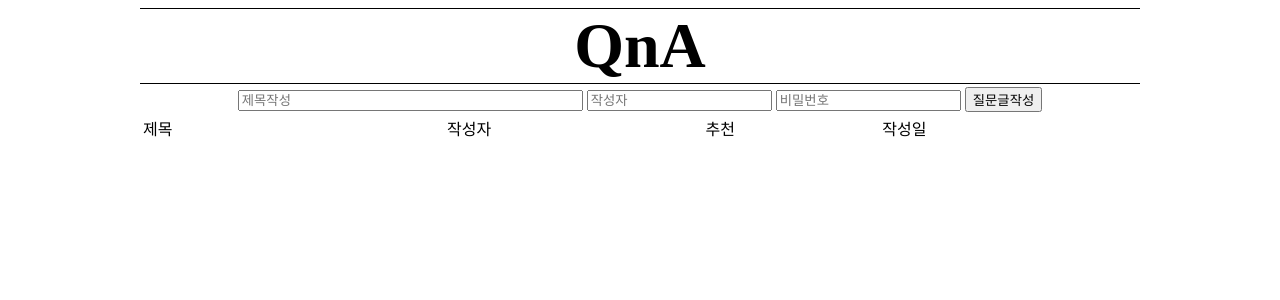
Repository: shbaksa/study
Page: http://localhost/mw_0621/qna_m/main.jsp
An editor plug-in stored every save of this project. The page is shown before and after a run of saves, followed by the edit.
The browser window is 1280 px wide. The pictures show the whole page.
After loading, the first visible `caption` was clicked once.
The page is served by Tomcat 9. Queries for data that is not in the repository find no rows.

Above is the page before, as saved 2022-06-21 00:02:03.

### mw_0621/src/main/webapp/qna_m/main.jsp
<%@ page language="java" contentType="text/html; charset=UTF-8"
    pageEncoding="UTF-8"%>
<!DOCTYPE html>
<%@ page import="java.sql.*" %>
<%

	Class.forName("com.mysql.jdbc.Driver");
	String db="jdbc:mysql://localhost:3306/first";
	Connection conn=DriverManager.getConnection(db,"root","1234");

	String sql ="select * from qna order by grp asc , seq asc";
	PreparedStatement pstmt = conn.prepareStatement(sql);
	ResultSet rs = pstmt.executeQuery();
%>
<html>
<head>
<meta charset="UTF-8">
<title>QnA</title>
<style>
	caption {
		border-top : 1px solid black;
		border-bottom : 1px solid black;
		font-size : 64px;
	}
	tr:frist-child > td {
		border-bottom : 1px solid black;
	}
	/* tr:last-child > td {
		border-bottom : 1px solid black;
		border-top : 1px solid black;
	} */
	#deldel{
		visibility : hidden;


</style>
<script>
	function view() {
		document.getElementById("deldel").style.visibility="visible";
	}



	function view1(n){

		var pepsi = document.getElementById("del"+n).style.visibility;

		if(pepsi == "hidden") {
			document.getElementById("del"+n).style.visibility="visible";
		}
		else if(pepsi == "visible") {
			document.getElementById("del"+n).style.visibility="hidden";
		}


	}
</script>

</head>
<body>





	<table width="1000" align="center">
	<caption  onclick="view()"><b>QnA</b></caption>
	<tr id="deldel" >
	<form name="pkc" method="post" action="write.jsp">
	<td colspan="8" align="center">
	<input type="text" name="title" size="40" placeholder="제목작성">
	<input type="text" name="name" placeholder="작성자">
	<input type="password" name="pwd" placeholder="비밀번호">
	<input type="submit" value="질문글작성"></td>
	</form>
	</tr>
	<tr>
	<td width="300" colsapn="2">제목</td>
	<td>작성자</td>
	<td>추천</td>
	<td>작성일</td>
	</tr>
	<%while(rs.next()) {
	String str="";
	if(rs.getInt("depth")!=1){
		for(int i=1;i<rs.getInt("depth");i++){
			str=str+"&nbsp;&nbsp;";
		}
		str=str+"ㄴ";
	}
	%>
	<tr>
	<td><%=str%><%=rs.getString("title") %></td>
	<td><%=rs.getString("name") %></td>
	<td><%=rs.getString("readnum") %></td>
	<td><%=rs.getString("writeday") %></td>

	<td><input type="button" onclick="view1(<%=rs.getInt("id")%>)" value="댓글달기"></td>
	</tr>
	<tr style="visibility:hidden" id="del<%=rs.getInt("id")%>">
	<form method="post" action="rewrite.jsp">
	<input type="hidden" name="grp" value="<%=rs.getInt("grp")%>">
	<input type="hidden" name="depth" value="<%=rs.getInt("depth")%>">
	<input type="hidden" name="seq" value="<%=rs.getInt("seq")%>">
	<td colspan="2"><input type="text" name="title" placeholder="제목"></td>
	<td><input type="text" name="name" placeholder="작성자"></td>
	<td><input type="password" name="pwd" placeholder="비밀번호"></td>
	<td><input type="submit" value="댓글작성"></td>
	</form>
	</tr>

	<% } %>

	</table>

</body>
</html>

After the next 2 saves:
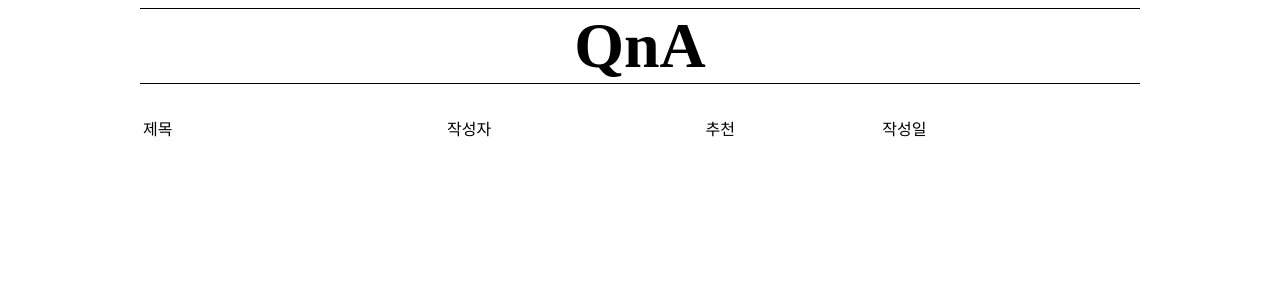
The 2 saves are shown as one change because they came seconds apart.
The last was saved 97 s later.
--- a/mw_0621/src/main/webapp/qna_m/main.jsp
+++ b/mw_0621/src/main/webapp/qna_m/main.jsp
@@ -36,7 +36,13 @@
 </style>
 <script>
 	function view() {
-		document.getElementById("deldel").style.visibility="visible";
+
+		var pepsi1 = document.getElementById("deldel").style.visibility;
+
+		if(pepsi1 == "hidden")
+			document.getElementById("deldel").style.visibility="visible";
+		else if(pepsi1 == "visible")
+			document.getElementById("deldel").style.visibility="hiiden";
 	}
 
 
